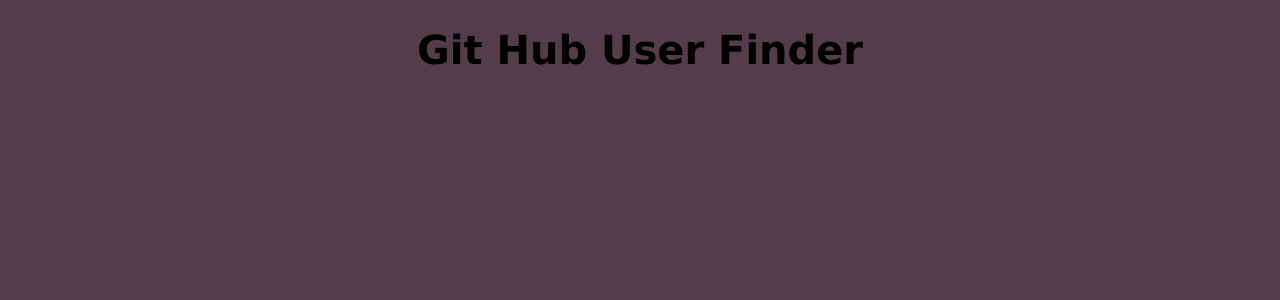
Repository: Dharshinimk-521/github-user-finder
Page: index.html
These files come from the project's save history. The page is drawn as it stood at one moment and after the next save; the edit follows.
The browser window is 1280 px wide. The pictures show the whole page.
Some web fonts or font styles are not loaded; a fallback is used.

Above is the page before, as saved 2026-04-13 20:56:26.

### index.html
<!DOCTYPE html>
<html>
    <head>
       <meta charset="UTF-8" />
        <meta name="viewport" content="width=device-width, initial-scale=1.0" />
        <title>GITHUB USER FINDER</title>
        <link rel="preconnect" href="https://fonts.googleapis.com">
        <link rel="preconnect" href="https://fonts.gstatic.com" crossorigin>
        <link href="https://fonts.googleapis.com/css2?family=Bitcount+Single:wght@100..900&family=Cedarville+Cursive&family=Edu+NSW+ACT+Cursive:wght@400..700&family=Inter:ital,opsz,wght@0,14..32,100..900;1,14..32,100..900&family=Iosevka+Charon:ital,wght@0,300;0,400;0,500;0,700;1,300;1,400;1,500;1,700&family=Open+Sans:ital,wght@0,300..800;1,300..800&family=Oswald:wght@200..700&family=Roboto+Mono:ital,wght@0,100..700;1,100..700&family=Roboto:ital,wght@0,500;1,500&family=Saira+Stencil:ital,wght@0,100..900;1,100..900&family=Sekuya&family=Share+Tech&display=swap" rel="stylesheet">
        <link rel="stylesheet" href="style.css">
        <script src="github.js" defer></script>
    </head>
    <body>
        <h1 class="title">Git Hub User Finder</h1>
    </body>
</html>

### style.css
body{
    background-color: #523D49;
    font-family: Verdana, Geneva, Tahoma, sans-serif;
    color:black;
    text-align: center;
}
.title{
   font-size:40px;
   text-decoration: dashed;
}

Loaded but not shown: github.js (no copy from this time; the picture is the same without it)

After the next save:
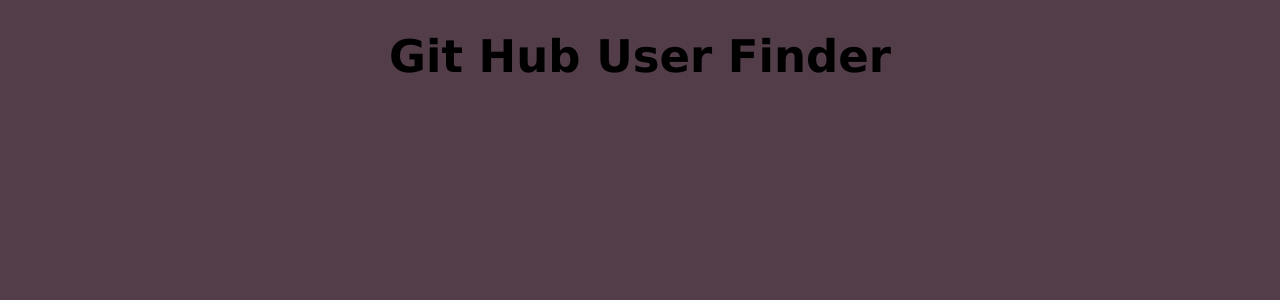
Saved 15 s later.
--- a/style.css
+++ b/style.css
@@ -5,6 +5,6 @@ body{
     text-align: center;
 }
 .title{
-   font-size:40px;
+   font-size:45px;
    text-decoration: dashed;
 }
